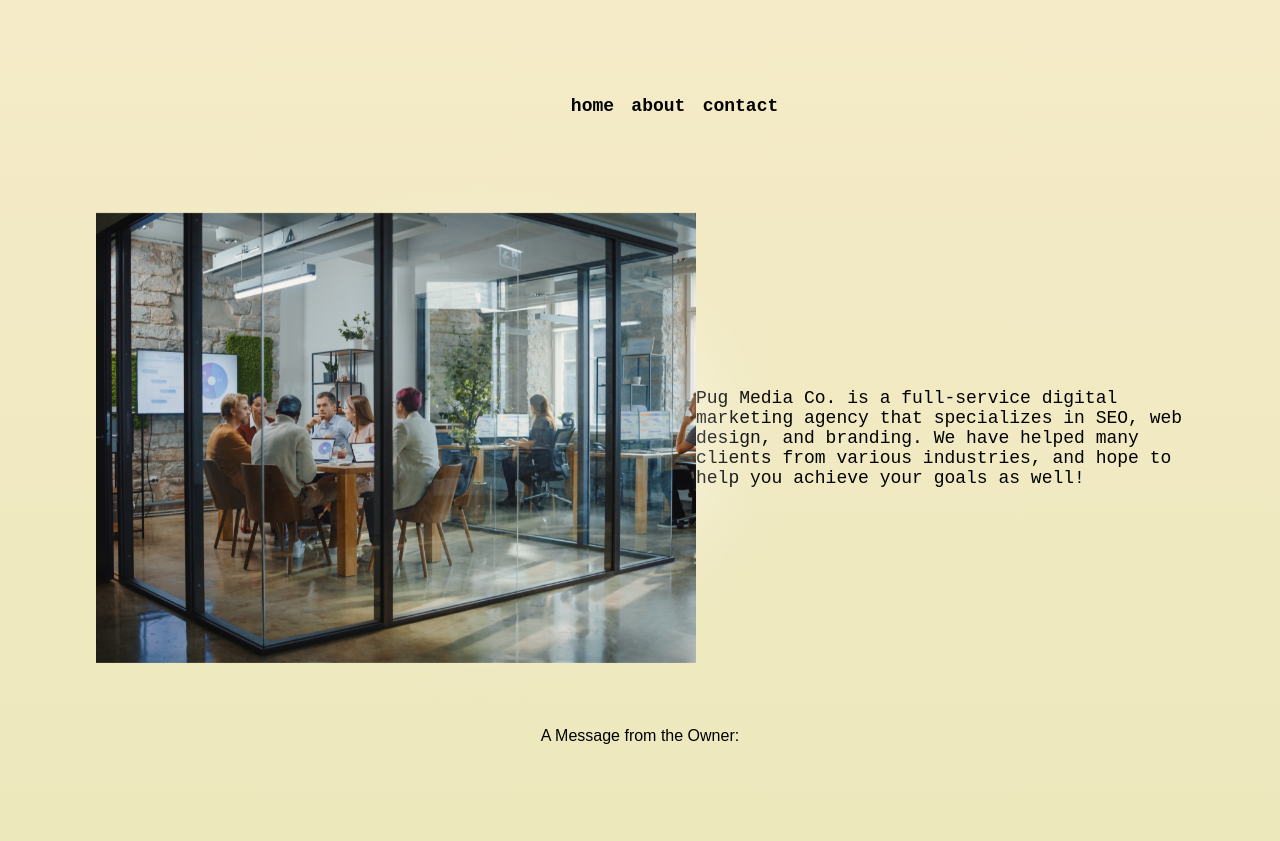
Repository: cheungglenda/MDIA2109-Week3
Page: /
An editor plug-in stored every save of this project. The page is shown before and after the next save, followed by the edit.
The browser window is 1280 px wide. The pictures show the whole page.
The project was rebuilt for these pictures with package versions that can differ from the ones it lists, and the page was loaded fresh each time. The framework's server and built-in components were replaced by stand-ins that run in the browser. Also part of the build but not shown: next.config.js, components/Card/index.js.

Above is the page before, as saved 2023-01-20 18:57:41.

After the next save:
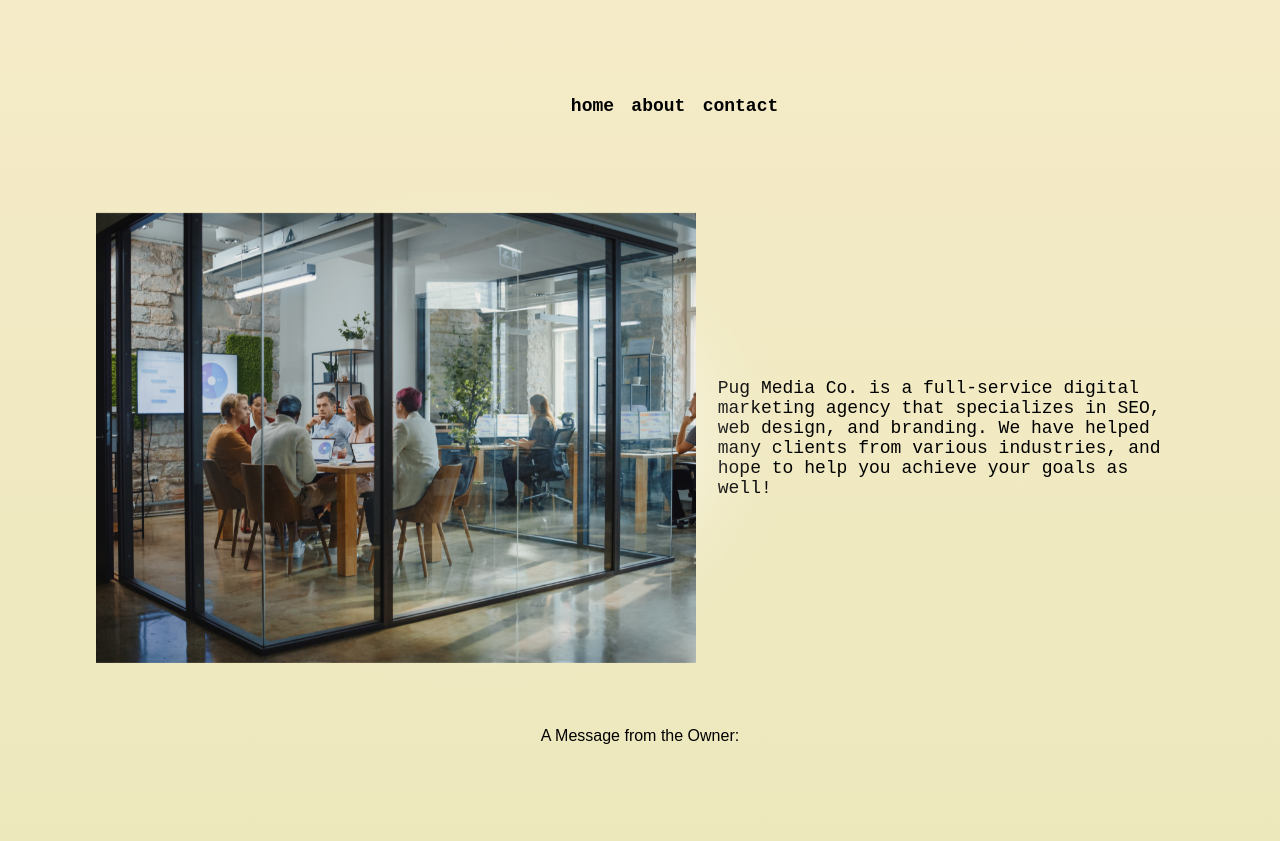
Saved 9 s later.
--- a/styles/Home.module.css
+++ b/styles/Home.module.css
@@ -44,6 +44,7 @@
 .homeDesc {
   font-size: 18px;
   font-family:'Courier New', Courier, monospace;
+  margin-left:2%;
 }
 
 .description a {
